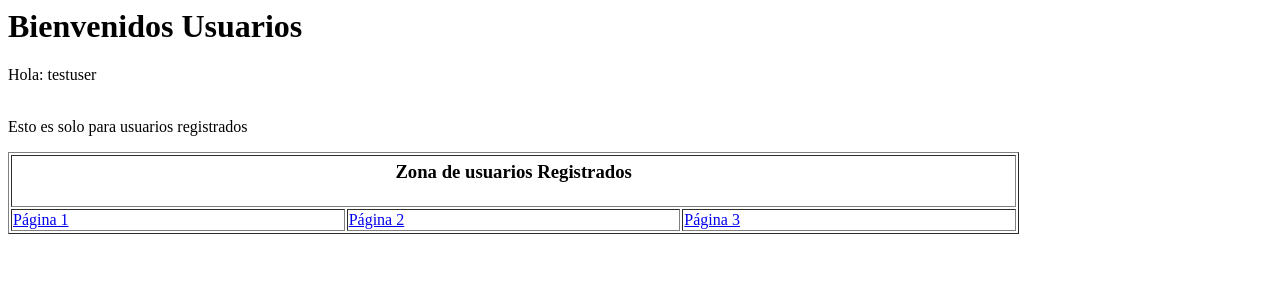
Repository: dasafo/PHP_MySQL_curso
Page: http://localhost/UsuariosRegistrados1.php
An editor plug-in stored every save of this project. The page is shown before and after the next save, followed by the edit.
The browser window is 1280 px wide. The pictures show the whole page.
The page is run by PHP 8.4 with error messages shown; the project is at /var/www/html/. The session is filled in as if someone had signed in: {"usuario": "testuser"}. Other server files are loaded and not shown.

Above is the page before, as saved 2018-11-09 17:45:41.

### SistemaLogin_39/UsuariosRegistrados1.php
<!DOCTYPE HTML PUBLIC "-//W3C//DTD HTML 4.01 Frameset//EN">
<html>
<head>
<meta http-equiv="Content-Type" content="text/html; charset=UTF-8">
<title>Insert title here</title>
</head>

<body>

	<?php

	   session_start(); //reanudamos la sesión

	   if(!isset($_SESSION["usuario"])){ //lo hacemos para que no se pueda pegar esta pagina en otro navegador y poder entrar sin pasar por Password

	       header("Location:Login.php");
	   }


	?>

   <h1>Bienvenidos Usuarios</h1>

   <?php

    echo "Hola: " . $_SESSION["usuario"] . "<br><br>";

   ?>
   <p>Esto es solo para usuarios registrados</p>



   <table style="width: 80%;" border="1">
      <tbody>
        <tr align="center">
          <td rowspan="1" colspan="3" style="height: 52px;">
            <h3>Zona de usuarios Registrados</h3>
          </td>
        </tr>
        <tr>
          <td><a href="file:///home/david/Documents/PHP/Curso/SistemaLogin_39/UsuariosRegistrados2.php">Página
              1</a></td>
          <td><a href="file:///home/david/Documents/PHP/Curso/SistemaLogin_39/UsuariosRegistrados3.php">Página
              2</a></td>
          <td><a href="file:///home/david/Documents/PHP/Curso/SistemaLogin_39/UsuariosRegistrados4.php">Página
              3</a></td>
        </tr>
      </tbody>
    </table>

</body>

</html>

After the next save:
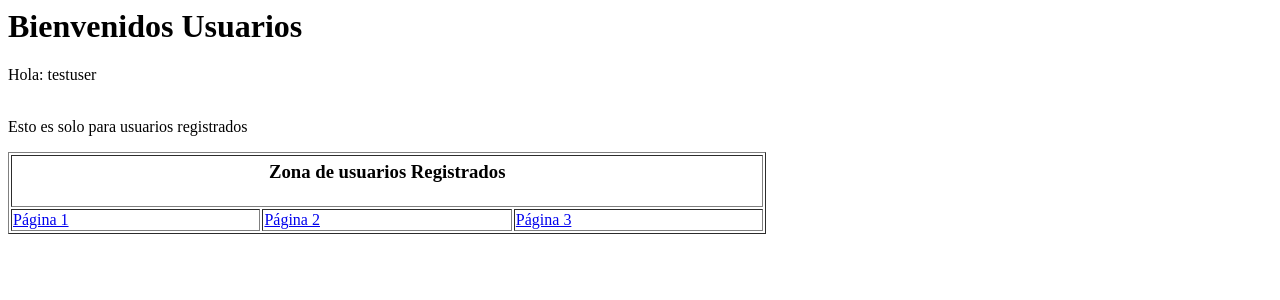
Saved 13 s later.
--- a/SistemaLogin_39/UsuariosRegistrados1.php
+++ b/SistemaLogin_39/UsuariosRegistrados1.php
@@ -30,7 +30,7 @@
 
 
 
-   <table style="width: 80%;" border="1">
+   <table style="width: 60%;" border="1">
       <tbody>
         <tr align="center">
           <td rowspan="1" colspan="3" style="height: 52px;">
